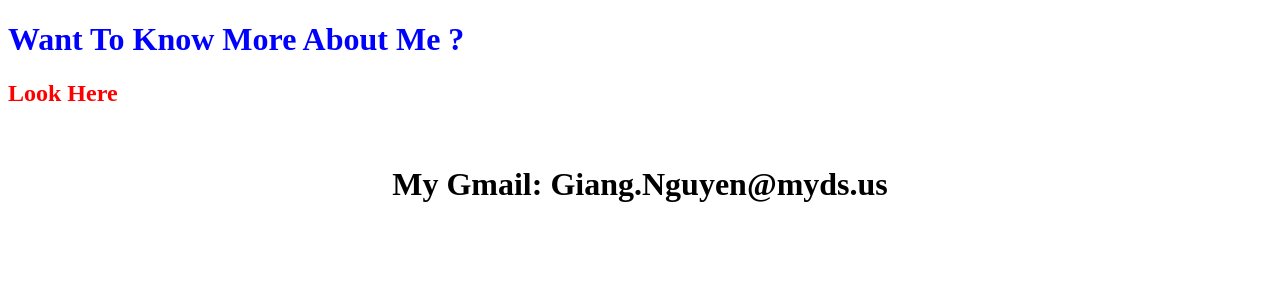
Repository: GiangNguyen2805/GiangNguyen2805.github.io
Page: contactme.html
The author's editor kept a record of every edit. The page is drawn from the files as they stood at one moment, then again after the next edit.
The browser window is 1280 px wide. The pictures show the whole page.

Above is the page before.

### contactme.html
<!DOCTYPE html>
<html>
<head>
<title>Contact Me</title>
<style>
    .h1 {
        color: blue;
      background-color: yellow
    }
</style>

</head>
 <h1 style="color:blue;"> Want To Know More About Me ?</h1>
 <h2 style="color:red;"> Look Here</h2>

 <br>
 <h1 style="text-align:center;">My Gmail: Giang.Nguyen@myds.us</h1>

After the next edit:
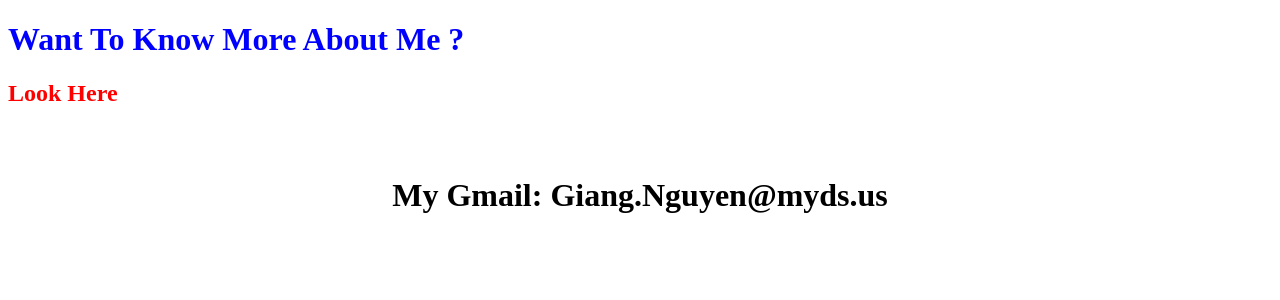
The edit:
--- a/contactme.html
+++ b/contactme.html
@@ -14,4 +14,4 @@
  <h2 style="color:red;"> Look Here</h2>
 
  <br>
- <h1 style="text-align:center;">My Gmail: Giang.Nguyen@myds.us</h1>
+ <h1 style="text-align:center;"><p>My Gmail: Giang.Nguyen@myds.us</h1></p>
